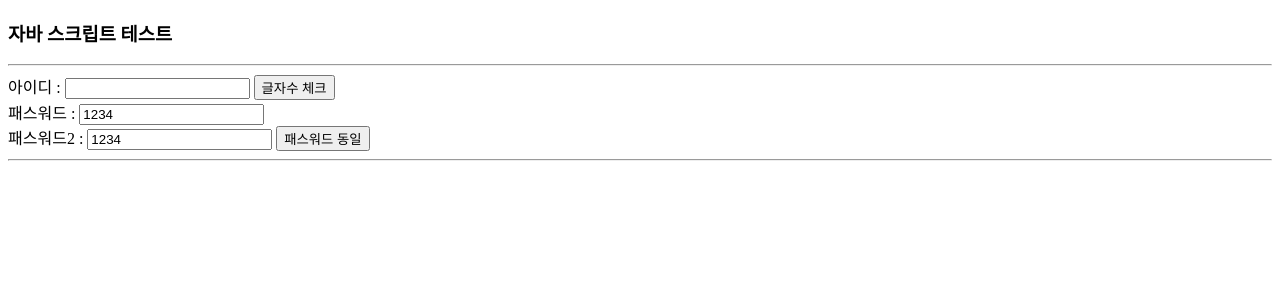
Repository: songhyeonjun/java
Page: http://localhost/spring04/js1.jsp
The author's editor kept a copy of each file at every save. The page is drawn from the files as they stood at one save, then again after the next save.
The browser window is 1280 px wide. The pictures show the whole page.
After loading, the first visible `button` was clicked once.
The page is served by Tomcat 9. Other server files are loaded and not shown.

Above is the page before, as saved 2022-02-17 02:44:03.

### spring04/src/main/webapp/js1.jsp
<%@ page language="java" contentType="text/html; charset=UTF-8"
    pageEncoding="UTF-8"%>
<!DOCTYPE html>
<html>
<head>
<meta charset="UTF-8">
<title>Insert title here</title>
<script>
function idCheck() {
	// id에 입력한 값을 가져고 와서
	// 글자수가 5 미만이면 다시 작성하세요. 메시지 프린트
	// 미리 객체를 생성해 놨음 ==> 내장된 객체
	// window: 브라우저 전체
	// document: body태그 부분
	// console: 개발할 때 확인하는 창
	// location: 주소부분, location.href =""
	idValue = document.getElementById("id").value; // <input name="id" id="id" value="test">
	console.log(idValue.length);
	if(idValue.length < 5) {
		console.log("5미만 입니다. 다시 입력해주세요");
		document.getElementById("id").value = "";
	}
	else {
		console.log("5이상 입니다.");
	}
}
function pwCheck() {
	pw1Value = document.getElementById("pw1").value;
	pw2Value = document.getElementById("pw2").value;
	if(pw1Value == pw2Value) {
		console.log("일치");
	}
	else {
		console.log("불일치");
		document.getElementById("pw1").value = "";
		document.getElementById("pw2").value = "";

	}
}

</script>
</head>
<body>
<h3>자바 스크립트 테스트</h3>
<hr>
아이디 : <input name="id" id="id" value="test">
<button onclick="idCheck()">글자수 체크</button><br>
패스워드 : <input name="pw1" id="pw1" value="1234"><br>
패스워드2 : <input name="pw2" id="pw2" value="1234">
<button onclick="pwCheck()">패스워드 동일</button>
<hr>
<div id="result">
</div>
</body>
</html>

After the next save:
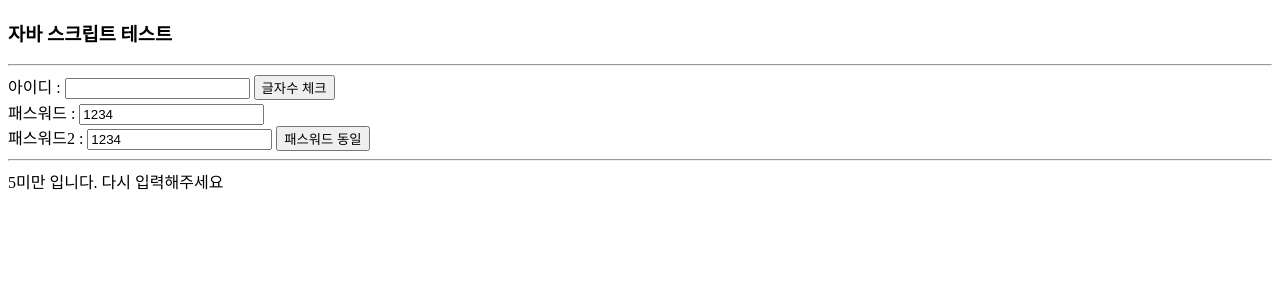
Saved 2 min 1 s later.
--- a/spring04/src/main/webapp/js1.jsp
+++ b/spring04/src/main/webapp/js1.jsp
@@ -15,10 +15,12 @@
 	// console: 개발할 때 확인하는 창
 	// location: 주소부분, location.href =""
 	idValue = document.getElementById("id").value; // <input name="id" id="id" value="test">
-	console.log(idValue.length);
+	text = "";
 	if(idValue.length < 5) {
 		console.log("5미만 입니다. 다시 입력해주세요");
+		text = "5미만 입니다. 다시 입력해주세요"
 		document.getElementById("id").value = "";
+		document.getElementById("result").innerHTML = text;
 	}
 	else {
 		console.log("5이상 입니다.");
